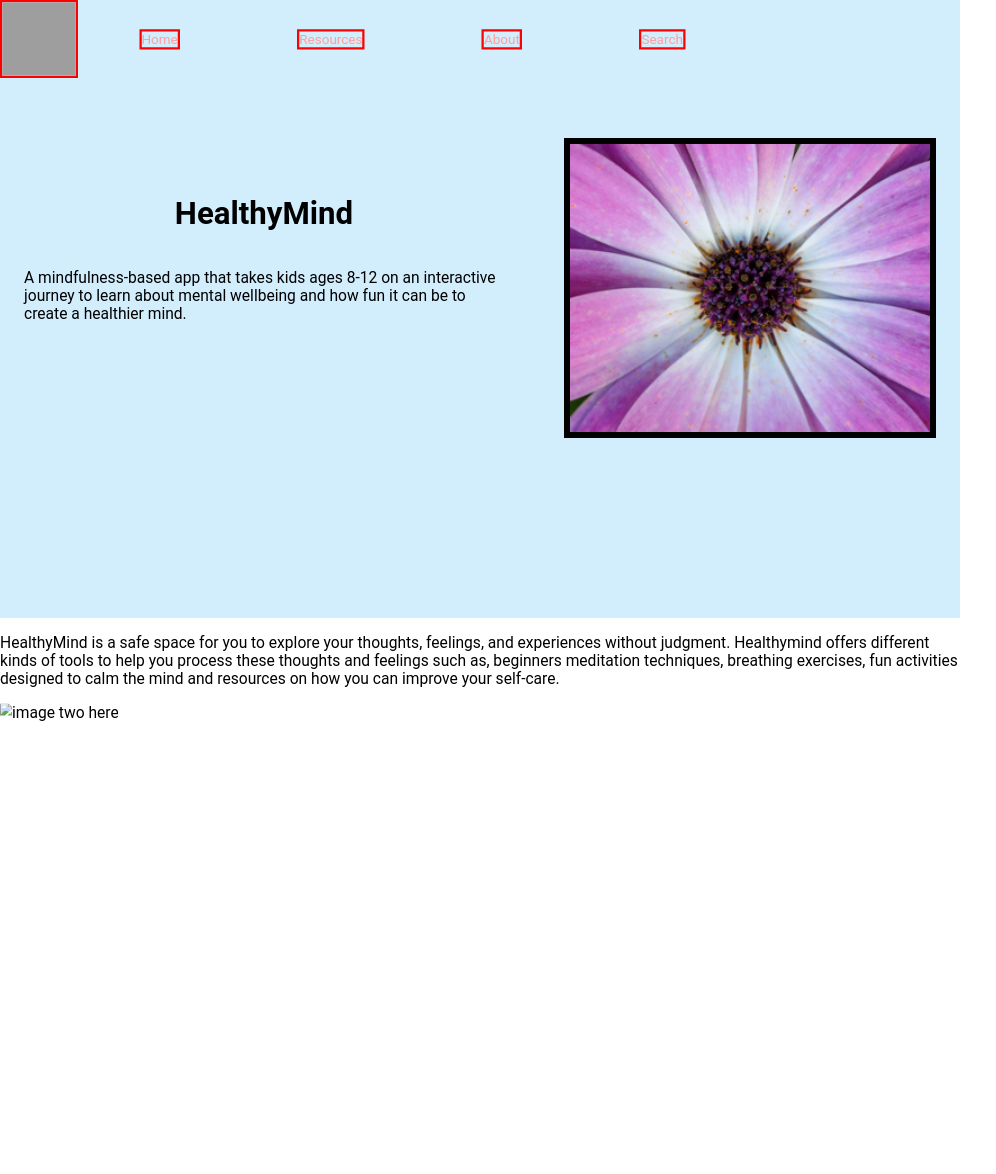
Repository: Nafisa-Huda/HealthierMind
Page: public/index.html
These files come from the project's save history. The page is drawn as it stood at one moment and after the next save; the edit follows.
The browser window is 1280 px wide. The page is 1328 px wide, so the pictures cover 1328 px, including what lies to the right of the window. The pictures show the whole page, at 75% of full size.
Pictures or frames that could not be fetched are drawn as grey boxes.

Above is the page before, as saved 2022-07-11 16:18:48.

### public/index.html
<!DOCTYPE html>
<html lang="en">
<head>
    <meta charset="UTF-8">
    <meta http-equiv="X-UA-Compatible" content="IE=edge">
    <meta name="viewport" content="width=device-width, initial-scale=1.0">
    <title>HealthyMind</title>
    <link rel="stylesheet" href="/public/style.css">
</head>
<body>
    <header>
        <div class="container row">
            <img class="logo" src="https://i.ibb.co/xLGc6jC/Healthy-Mind-logo.png" alt="healthy-mind-logo">
        <nav class="nav">
            <ul class="nav__list">
                <li class="nav__item"><a href="#" class="nav__link">Home</a></li>
                <li class="nav__item"><a href="#" class="nav__link">Resources</a></li>
                <li class="nav__item"><a href="#" class="nav__link">About</a></li>
                <li class="nav__item"><a href="#" class="nav__link">Search</a></li>
            </ul>
        </nav>
        </div>
    </header>

    <!-- <section class="hero main"> -->
        <div class="hero main ">
            <div class="hero__text">
                <h1>HealthyMind</h1>
                <p>A mindfulness-based app that takes kids ages 8-12 on an interactive journey to learn about mental wellbeing and how fun it can be to create a healthier mind. </p>
            </div>
            <div class="containerImg">
            <img class="hero__img" src="/Images/purpleflowerSmall.png" alt="image one here" srcset="">
            </div>
         </div>
    </section>

    <main class="main container">
        <section class="primary-content">
            <p>HealthyMind is a safe space for you to explore your thoughts, feelings, and experiences without judgment. Healthymind offers different kinds of tools to help you process these thoughts and feelings such as, beginners meditation techniques, breathing exercises, fun activities designed to calm the mind and resources on how you can improve your self-care.</p>
            <img class="main__img" src="" alt="image two here" srcset="">
        </section>
</main>

<script src="/public/main.js"></script>
</body>
</html>

### public/style.css
*, *::before, *::after {
    box-sizing: border-box;
}

body {
    margin: 0;
    max-width: 100%;
    font-family: 'Roboto', sans-serif;
    font-size: 1.3rem;
}
html{
  scroll-behavior: smooth;
  scroll-padding-top: (--scroll-padding,100px);
}
/*scrollbar*/
::-webkit-scrollbar{
  width: 0.7em;
}
::-webkit-scrollbar-track{
  background: antiquewhite;
}
::-webkit-scrollbar-thumb{
  background: #FFE170;
}
header{
  background-color: #d2edfc;
  height: 10%;
}
  .containerImg > img {
      width: 100%;
      margin: 5rem 5rem 5rem 5rem ;
      max-height: 100%;
      border: black solid 0.5rem;
      padding: auto;
  }

/* home page */

.container {
    width: 100vw;
    margin: 0 auto;
}
.main{
  height: 100vh;
}

.hero{
  display: flex;
  background-color: #d2edfc;
}
.hero > h1,
.hero > p {
 text-align: center;
}
  .hero__text{
    width: 50%;
    margin: 8rem 0 4rem 2rem;
    display: flex;
    flex-direction: column;
    align-items: center;
    justify-content: flex-start;
  }
.row {
    display: flex;
    justify-content: space-between;
    align-items: center;
    width: 100%;
}

.logo {
    width: 5em;
    height: 5em;
    margin-right: 2em;
    border: 3px red solid;
}

.nav {
    display: flex;
    justify-content: space-between;
    align-items: center;
    flex-grow: 1;
}

.nav__list {
    margin: 0;
    padding-right: 1em;
    list-style: none;

    display: flex;
    align-items: center;

    font-size: 1rem;
}

.nav__item + .nav__item {
    margin-left: 60%;
}

.nav__link {
    border: 3px red solid;
    text-decoration: none;
    font-size: large;
    color: #FF9F9F;
}

.nav__link--button {
    padding: .25em 1em;
}

.nav__link:hover {
    opacity: .75;
}



/* activities page */

.activities-header{
  background-color: #A8E0FF;
  height: 20rem;
  width: 100%;
  border-bottom: solid #fff 4px;
}

.title{
  display: flex;
  flex-direction: column;
  align-items: center;
  padding-top: 3rem;
  color: #fff;
}


.activities-container{
  display: flex;
  flex-wrap: wrap;
  justify-content: center;
  background-color: #FFF9A6;
}

.scene {
  width: 20rem;
  height: 20rem;
  margin: 3rem;
  perspective: 600px;
}

.card {
  width: 100%;
  height: 100%;
  cursor: pointer;
  transform-style: preserve-3d;
  transform-origin: center right;
  transition: transform 1s;
}

.card.is-flipped {
  transform: translateX(-100%) rotateY(-180deg);
}

.face {
  position: absolute;
  width: 100%;
  height: 100%;
  line-height: 260px;
  color: #fff;
  text-align: center;
  font-weight: bold;
  font-size: larger;
  backface-visibility: hidden;
}

.front {
  background-color: #FF9F9F;
}

.back {
  background-color: #FF9F9F;
  transform: rotateY(180deg);
}

### public/main.js
const cards = document.querySelectorAll('.card');
[...cards].forEach((card)=>{
    card.addEventListener('click', () =>{
        card.classList.toggle('is-flipped')
    })
});

After the next save:
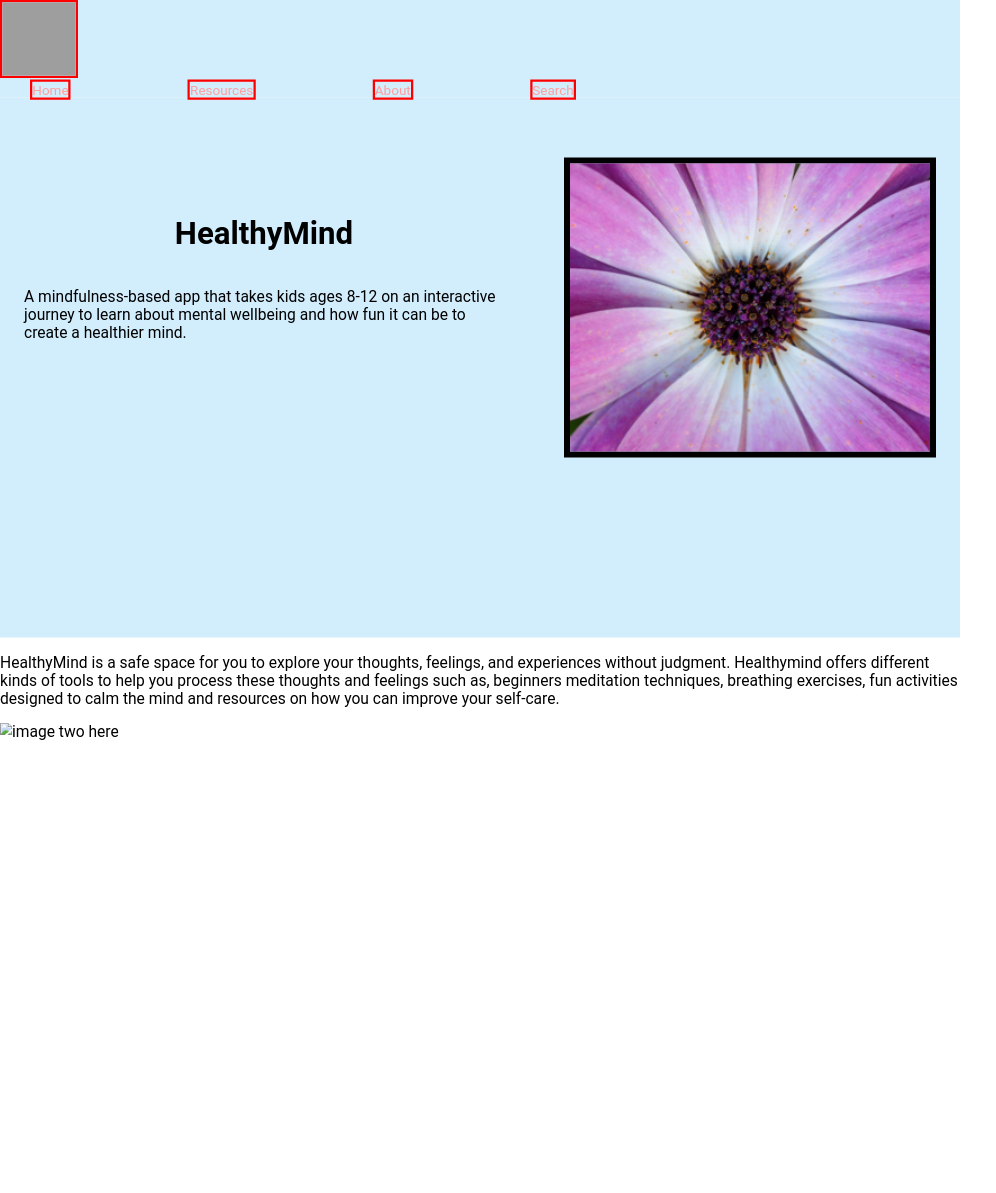
Saved 12 s later.
--- a/public/style.css
+++ b/public/style.css
@@ -60,6 +60,7 @@
     align-items: center;
     justify-content: flex-start;
   }
+  .hero
 .row {
     display: flex;
     justify-content: space-between;

After the 2 saves that followed:
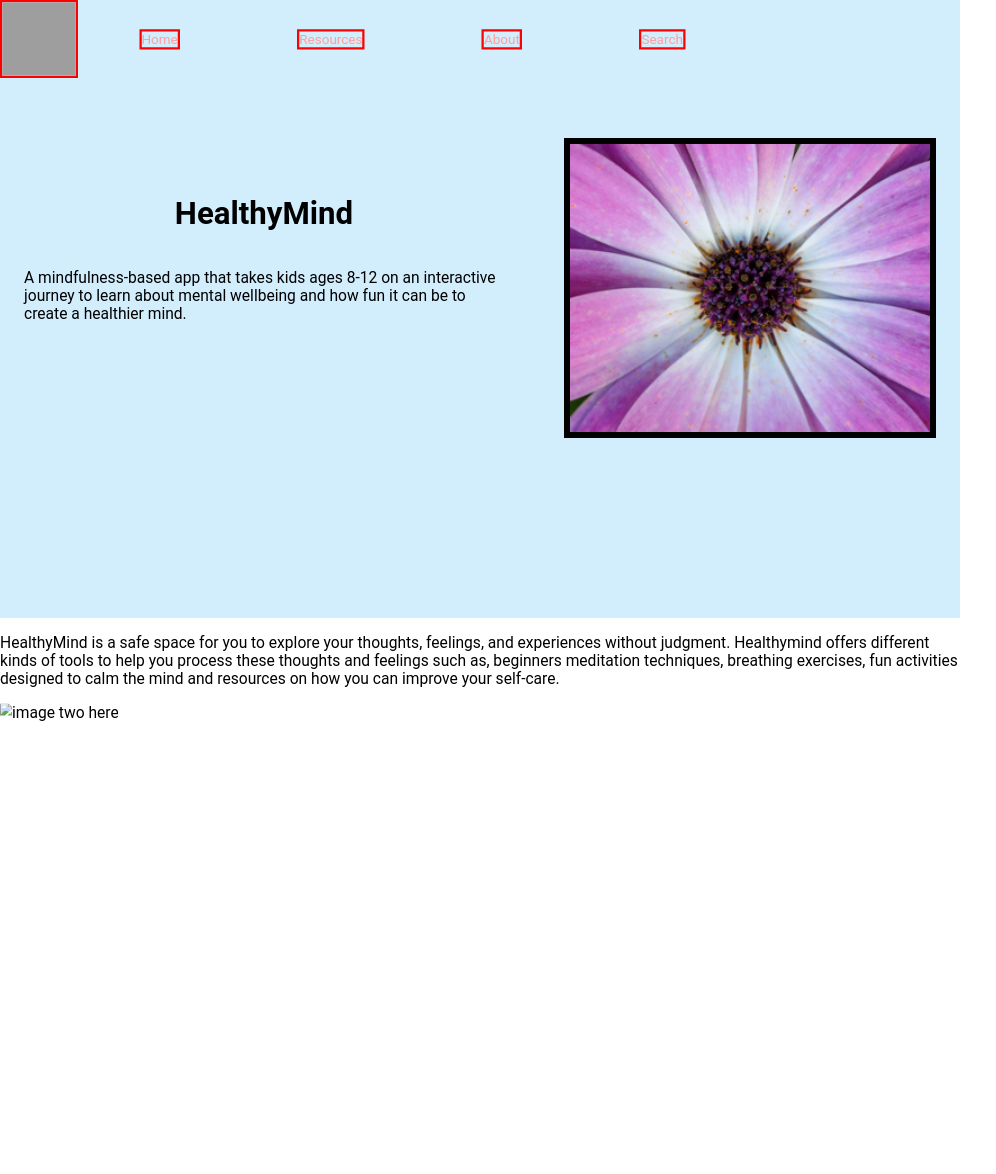
The 2 saves are shown as one change because they came seconds apart.
The last was saved 8 s later.
--- a/public/style.css
+++ b/public/style.css
@@ -60,7 +60,9 @@
     align-items: center;
     justify-content: flex-start;
   }
-  .hero
+  .hero__text > p{
+    padding-left: ;
+  }
 .row {
     display: flex;
     justify-content: space-between;
